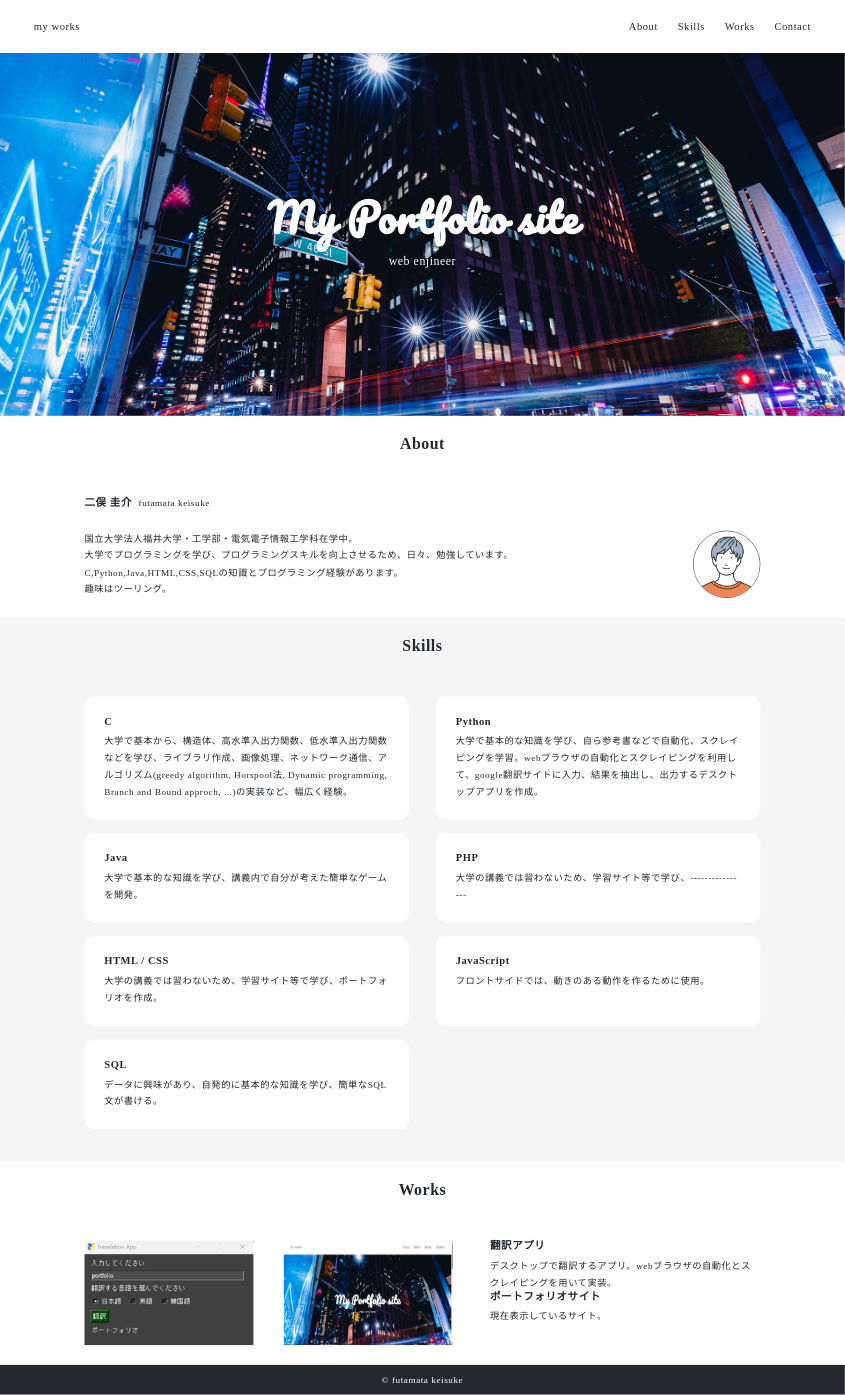
Repository: F-ksk/portfolio
Page: index.html
These files come from the project's save history. The page is drawn as it stood at one moment and after the next save; the edit follows.
The browser window is 1280 px wide. The pictures show the whole page, at 66% of full size.

Above is the page before, as saved 2023-06-29 21:08:03.

### index.html
<!DOCTYPE html>
<html>
    <head>
        <meta charset="UTF-8" />
        <meta http-equiv="X-UA-Compatible" content="IE=edge" />
        <meta name="viewport" content="width=device-width, initial-scale=1.0" />
        <meta name="robots" content="noindex" />
        <title>FK Portfolio</title>
        <link rel="stylesheet" href="css/reset.css" />
        <link rel="stylesheet" href="css/style.css" />
    </head>
    <body>

        <header>
            <a href="index.html">my works</a>
            <nav>
                <ul>
                    <li>About</li>
                    <li>Skills</li>
                    <li>Works</li>
                    <li>Contact</li>
                </ul>
            </nav>
        </header>

        <div class="main-visual">
            <div>
                <h1>My Portfolio site</h1>
                <p>web enjineer</p>
            </div>
        </div>

        <section id="about">
            <h2>About</h2>
            <div id="about-name">
                <h3>二俣 圭介</h3>
                <p>futamata keisuke</p>
            </div>
            <div id="about-detail">
                <p>
                    国立大学法人福井大学・工学部・電気電子情報工学科在学中。<br>
                    大学でプログラミングを学び、プログラミングスキルを向上させるため、日々、勉強しています。
                    C,Python,Java,HTML,CSS,SQLの知識とプログラミング経験があります。<br>
                    趣味はツーリング。
                </p>
                <img src="./img/man.jpg">
            </div>
        </section>
        <section id="skills">
            <h2>Skills</h2>
            <div class="skill-list">
                <div class="skill-item">
                    <h3>C</h3>
                    <p>大学で基本から、構造体、高水準入出力関数、低水準入出力関数などを学び、ライブラリ作成、画像処理、ネットワーク通信、アルゴリズム(greedy algorithm, Horspool法, Dynamic programming, Branch and Bound approch, ...)の実装など、幅広く経験。</p>
                </div>
                <div class="skill-item">
                    <h3>Python</h3>
                    <p>大学で基本的な知識を学び、自ら参考書などで自動化、スクレイピングを学習。webブラウザの自動化とスクレイピングを利用して、google翻訳サイトに入力、結果を抽出し、出力するデスクトップアプリを作成。</p>
                </div>
                <div class="skill-item">
                    <h3>Java</h3>
                    <p>大学で基本的な知識を学び、講義内で自分が考えた簡単なゲームを開発。</p>
                </div>
                <div class="skill-item">
                    <h3>PHP</h3>
                    <p>大学の講義では習わないため、学習サイト等で学び、----------------</p>
                </div>
                <div class="skill-item">
                    <h3>HTML / CSS</h3>
                    <p>大学の講義では習わないため、学習サイト等で学び、ポートフォリオを作成。</p>
                </div>
                <div class="skill-item">
                    <h3>JavaScript</h3>
                    <p>フロントサイドでは、動きのある動作を作るために使用。</p>
                </div>
                <div class="skill-item">
                    <h3>SQL</h3>
                    <p>データに興味があり、自発的に基本的な知識を学び、簡単なSQL文が書ける。</p>
                </div>
            </div>
        </section>
        <section id="works">
            <h2>Works</h2>
            <div class="work-item">
                <img src="./img/portfolio.jpg">
                <img src="./img/portfolio(2).png">
                <div class="work-description">
                    <h3>翻訳アプリ</h3>
                    <p>デスクトップで翻訳するアプリ。webブラウザの自動化とスクレイピングを用いて実装。</p>
                    <h3>ポートフォリオサイト</h3>
                    <p>現在表示しているサイト。</p>
                </div>
            </div>
        </section>
        <footer>
            <p>&copy; futamata keisuke</p>
        </footer>
    </body>
</html>

### css/style.css
@charset "UTF-8";
@import url('https://fonts.googleapis.com/css2?family=Roboto:wght@100;300;400;500;700;900&display=swap');
@import url('https://fonts.googleapis.com/css2?family=Noto+Sans+JP:wght@300;400;500;700;900&display=swap');
@import url('https://fonts.googleapis.com/css2?family=Pacifico&display=swap');

html {
  font-size: 100%;
}

body {
    color: #24292e;
    letter-spacing: 0.05em;
}

a,a:visited {
    color: #24292e;
    text-decoration: none;
}

img {
    max-width: 100%;
}

li {
    list-style: none;
}

p {
    line-height: 1.8;
    font-size: 14px;
}

h1 {
    font-size: 60px;
    font-family: 'Pacifico';
}

h2 {
    font-size: 1.5rem;
    text-align: center;
    margin-bottom: 65px;
}

h3 {
    font-size: 16px;
}

header {
    max-width: 100%;
    background-color: #fff;
    display: flex;
    justify-content: space-between;
    height: 80px;
    padding: 0 4%;
    align-items: center;
    position: sticky;
    top: 0;
}

header ul {
    display: flex;
}

header li {
    margin-left: 30px;
}

.main-visual {
    width: 100%;
    height: 550px;
    background-image: url(../img/town.jpg);
    background-size: cover;
    color: #FFF;
    text-align: center;
    display: flex;
    justify-content: center;
    align-items: center;
}

.main-visual p {
    margin-top: 20px;
    font-size: 18px;
}

#about-name{
    display: flex;
    justify-content: flex-start;
    align-items: center;
}

#about h3 {
    margin-right: 10px;
}

#about p {
    width: 80%;
}

#about-detail {
    margin-top: 30px;
    display: flex;
    justify-content: space-between;
}

#about img {
    width: 100px;
    height: 100px;
    border-radius: 50%;
    object-fit: cover;
    border-style: solid;
    border-width: 1px;
}

section {
    padding: 30px 10%;
}

#skills {
    background-color: #f5f5f5;
}

#skills h3 {
    margin-bottom: 10px;
}

.skill-list {
    display: flex;
    justify-content: space-between;
    flex-wrap: wrap;
}

.skill-item {
    width: 48%;
    background-color: #fff;
    border-radius: 16px;
    margin-bottom: 20px;
    padding: 30px;
    box-sizing: border-box;
}

.work-item {
    display: flex;
    justify-content: space-between;
}

#works img {
    width: 25%;
}

.work-description {
    margin-left: 10px;
    width: 40%;
}

.work-description p {
    margin-top: 10px;
}

footer {
    background-color: #24292e;
    color: #fff;
    font-size:  0.5rem;
    padding: 10px 20px;
    text-align: center;
}

Loaded but not shown: css/reset.css (common file)

After the next save:
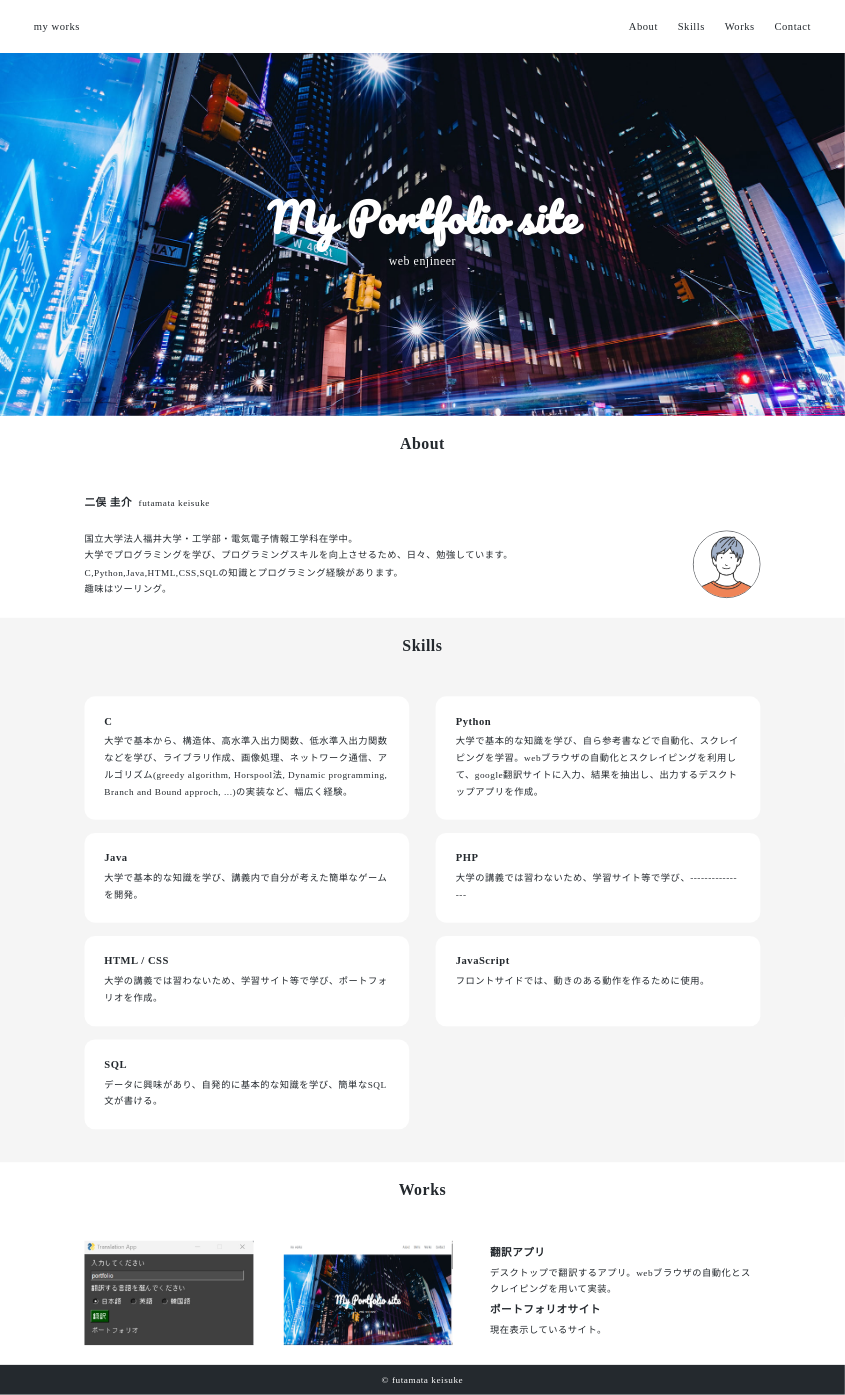
Saved 3 min 9 s later.
--- a/css/style.css
+++ b/css/style.css
@@ -156,6 +156,10 @@ section {
     margin-top: 10px;
 }
 
+.work-description h3 {
+    margin-top: 10px;
+}
+
 footer {
     background-color: #24292e;
     color: #fff;
